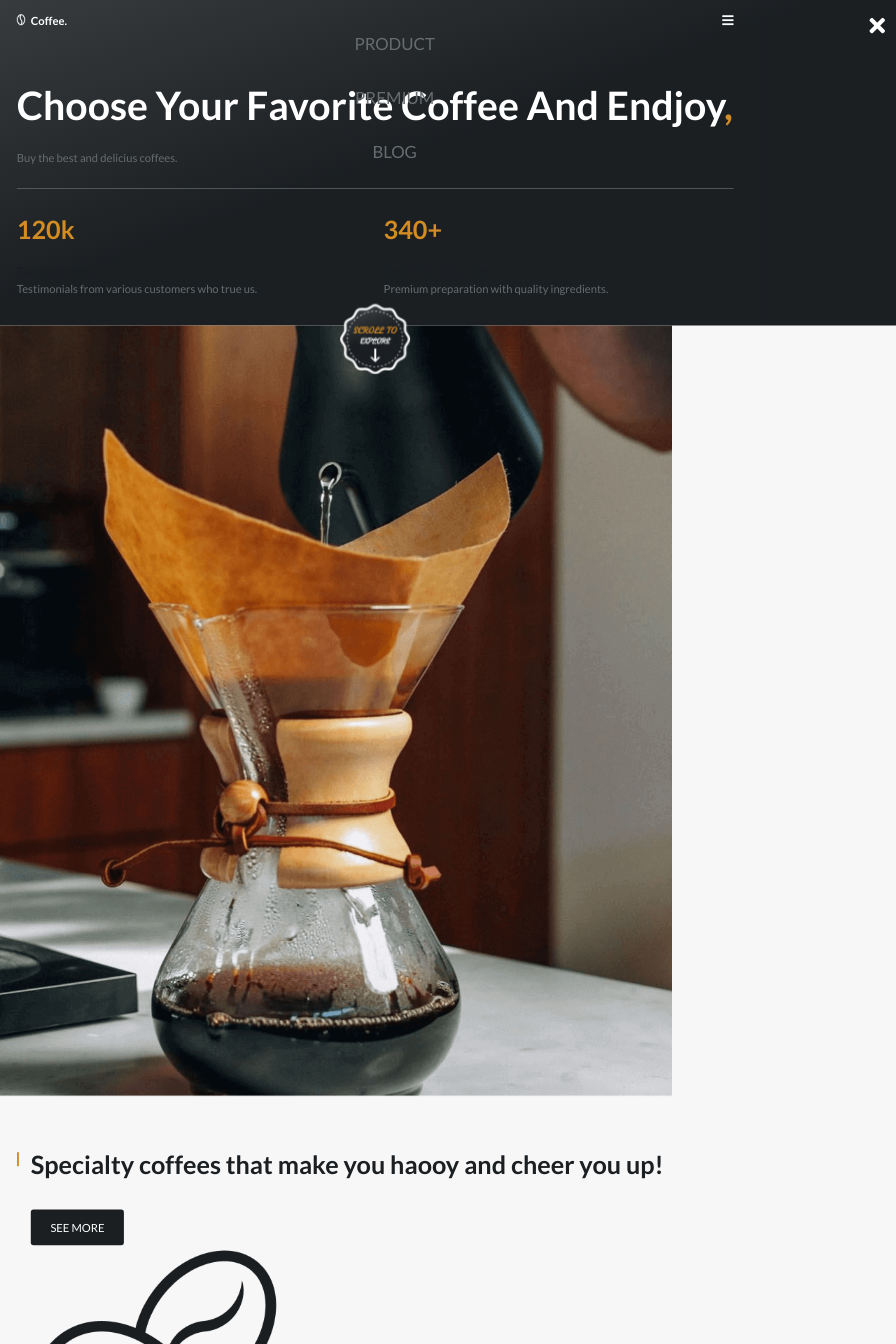
Repository: Nguyenductuan-dev/Website-coffee
Page: index.html
The author's editor kept a copy of each file at every save. The page is drawn from the files as they stood at one save, then again after the next save.
The browser window is 1280 px wide. The pictures show the part of the page from y = 0 to 1920 px (the page is 3466 px tall before and 2777 px after), at 70% of full size.

Above is the page before, as saved 2022-04-06 14:45:24.

### index.html
<!DOCTYPE html>
<html lang="en">
<head>
    <meta charset="UTF-8">
    <meta http-equiv="X-UA-Compatible" content="IE=edge">
    <meta name="viewport" content="width=device-width, initial-scale=1.0">
    <link rel="shortcut icon" href="assets/imgs/favicon.png" type="image/x-icon">
    <link rel="stylesheet" href="https://cdnjs.cloudflare.com/ajax/libs/font-awesome/5.15.1/css/all.min.css" />
    <link rel="preconnect" href="https://fonts.googleapis.com">
    <link rel="preconnect" href="https://fonts.gstatic.com" crossorigin>
    <link href="https://fonts.googleapis.com/css2?family=Lato:wght@400;700&family=Montserrat:ital,wght@0,200;0,300;0,400;0,500;0,600;0,700;1,600&display=swap" rel="stylesheet">
    <link rel="stylesheet" href="assets/css/style.css">
    <title>Website coffee</title>
</head>
<body>
    <!-- ============================ HEADER =========================== -->
    <header class="header" id="header">
        <nav class="nav container">
            <a href="/" class="nav__logo">
                <img src="assets/imgs/logo.png" alt="" class="nav__logo-img">
                Coffee.
            </a>

            <div class="nav__menu" id="nav-menu">
                <ul class="nav__list">
                    <li class="nav__item">
                        <a href="#home" class="nav__link">Home</a>
                    </li>
                    <li class="nav__item">
                        <a href="#product" class="nav__link">Product</a>
                    </li>
                    <li class="nav__item">
                        <a href="#premium" class="nav__link">Premium</a>
                    </li>
                    <li class="nav__item">
                        <a href="#blog" class="nav__link">Blog</a>
                    </li>
                </ul>

                <div class="nav__close" id="nav-close">
                    <i class="fas fa-times"></i>
                </div>
            </div>

            <!-- Toggle button -->
            <div class="nav__toggle" id="nav-toggle">
                <i class="fas fa-bars"></i>
            </div>
        </nav>
    </header>

    <!-- ============================ MAIN =============================  -->
    <main>
        <!-- ======================== HOME ============================= -->
        <section class="home grid" id="home">
            <div class="home__container">
                <div class="home__content container">
                    <h1 class="home__title">
                        Choose Your Favorite Coffee And Endjoy<span>,</span>
                    </h1>
                   <p class="home__description">
                       Buy the best and delicius coffees.
                   </p>

                   <div class="home__data">
                       <div class="home__data-group">
                           <h2 class="home__data-number">120k</h2>
                           <h3 class="home-data-title">Testimonials</h3>
                           <p class="home__data-description">
                               Testimonials from various customers who true us.
                           </p>
                       </div>

                       <div class="home__data-group">
                        <h2 class="home__data-number">340+</h2>
                        <h3 class="home-data-title">Exclusive Product</h3>
                        <p class="home__data-description">
                            Premium preparation with quality ingredients.
                        </p>
                    </div>
                   </div>

                   <a href="#specialty">
                       <img src="assets/imgs/scroll.png" alt="" class="home__scroll">
                   </a>
                </div>
            </div>

            <img src="assets/imgs/home.png" alt="" class="home__img">
        </section>

        <!-- ======================== SPECIALTY ============================= -->
        <div class="specialty section container" id="specialty">
            <div class="specialty__container">
                <div class="specialty__box">
                    <h2 class="section__title">
                        Specialty coffees that make you haooy and cheer you up!
                    </h2>

                    <div>
                        <a href="" class="btn specialty__btn">See more</a>
                    </div>
                </div>

                <div class="specialty__catelogy">
                    <div class="speialty__group">
                        <img src="assets/imgs/specialty1.png" alt="" class="specialty__img">
                        <h3 class="specialty__title">Seclected coffee</h3>
                        <p class="specialty__description">
                            We select the best premium coffee, for a true taste.
                        </p>
                    </div>

                    <div class="speialty__group">
                        <img src="assets/imgs/specialty2.png" alt="" class="specialty__img">
                        <h3 class="specialty__title">Delicius Cookies</h3>
                        <p class="specialty__description">
                            Enjoy your coffee whit some hot cookies
                        </p>
                    </div>

                    <div class="speialty__group">
                        <img src="assets/imgs/specialty3.png" alt="" class="specialty__img">
                        <h3 class="specialty__title">Enjoy at home</h3>
                        <p class="specialty__description">
                            Enjoy the best coffee in the comfort of your home.
                        </p>
                    </div>
                </div>
            </div>
        </div>
    </main>



    <script src="assets/js/main.js"></script>
</body>
</html>

### assets/css/style.css
:root {
    --header-height: 3.5rem;
    /* ===============Color=============== */
    --first-color: hsl(36, 72%, 48%);
    --first-color-alt: hsl(36, 72%, 44%);
    --black-color: hsl(206, 12%, 12%);
    --card-color: hsl(0, 0%, 90%);
    --tittle-color: hsl(206, 12%, 12%);
    --text-color: hsl(206, 4%, 42%);
    --tittle-color-light: hsl(206, 4%, 75%);
    --body-color: hsl(206, 4%, 97%);
    --container-color: #fff;

    /* ==============Font=============== */
    --body-font: 'Lato', sans-serif;
    --biggest-font-size: 2.25rem;
    --h1-font-size: 1.5rem;
    --h2-font-size: 1.25rem;
    --h3-font-size: 1rem;
    --normal-font-size: .938rem;
    --small-font-size: .813rem;
    --smaller-font-size: .75rem;

    /* ==============Font weidth========= */
    --font-bold: 700;

    /* ==============Z-index============= */
    --z-tooltip: 10;
    --z-fixed: 100;
}

@media screen and (min-width: 968px){
    :root {
        --biggest-font-size: 3.5rem;
        --h1-font-size: 2.25rem;
        --h2-font-size: 1.5rem;
        --h3-font-size: 1.25rem;
        --normal-font-size: 1rem;
        --small-font-size: .875rem;
        --smaller-font-size: .813rem;
    }
}

/* =================BASE================== */
* {
    padding: 0;
    margin: 0;
    box-sizing: border-box;
}

html {
    scroll-behavior: smooth;
}

body {
    font-family: var(--body-font);
    font-size: var(--normal-font-size);
    background-color: var(--body-color);
    color: var(--text-color);
}

h1,h2,h3 {
    color: var(--tittle-color);
    font-weight: var(--font-bold);
}

h1,h2,h3,p {
    line-height: 140%;
}

ul {
    list-style: none;

}
a {
    text-decoration: none;
}
img {
    max-width: 100%;
    height: auto;
}
button {
    border: none;
    outline: none;
    cursor: pointer;
}

.container {
    max-width: 1024px;
    margin-left: 1.5rem;
    margin-right: 1.5rem;
}
.grid {
    display: grid;
    gap: 1.5rem;
}
.section {
    padding: 4.5rem 0 2rem;
}
.section__title {
    position: relative;
    font-size: var(--h1-font-size);
    padding-left: 1.25rem;
    margin-bottom: 2.5rem;
}
.section__title::before {
    content: '';
    position: absolute;
    top: 8px;
    left: 0;
    width: 3px;
    height: 20px;
    background-color: var(--first-color);
}
/* ====================== HEADER & NAV ====================*/
.header {
    width: 100%;
    background: transparent;
    position: fixed;
    top: 0;
    left: 0;
    z-index: var(--z-fixed);
}
.nav {
    height: var(--header-height);
    display: flex;
    justify-content: space-between;
    align-items: center;
}
.nav__logo,
.nav__toggle {
    color: #fff;
}
.nav__logo {
    display: flex;
    align-items: center;
    column-gap: .5rem;
    font-weight: var(--font-bold);
}
.nav__logo-img {
    width: .75rem;
}
.nav__toggle {
    display: inline-flex;
    font-size: 1.15rem;
    cursor: pointer;
}

@media screen and (max-width: 767px) {
    .nav__menu {
        position: fixed;
        background-color: var(--black-color);
        top: 0;
        right: -100%;
        width: 100%;
        height: 100%;
        transition: .3s;
    }
}

.nav__list {
    display: flex;
    flex-direction: column;
    text-align: center;
    row-gap: 3rem;
    padding-top: 9rem;
}
.nav__link {
    text-transform: uppercase;
    color: var(--text-color-light);
    font-size: var(--h2-font-size);
    transition: .3s;
}
.nav__link:hover {
    color: #fff;
}
.nav__close {
    font-size: 2rem;
    color: #fff;
    position: absolute;
    top: 1rem;
    right: 1rem;
    cursor: pointer;
}

/* =========== Show menu ============ */
.show-menu {
    right: 0;

}
/* =========== SCROLL ========== */
.scroll-header {
    background-color: var(--body-color);
    box-shadow: 0 1px 4px hsla(0, 4%, 15%, .1);
}
.scroll-header .nav__logo,
.scroll-header .nav__toggle {
    color: var(--tittle-color);
}
.scroll-header .nav__logo-img {
    mix-blend-mode: difference;
}

/* =========== HOME ============ */
.home {
    gap: 0;
}
.home__container {
    padding: 7rem 0 2.5rem;
    background: linear-gradient(160deg, hsla(206, 5%, 24%, 1) -4%, hsla(206, 12%, 12%, 1) 46%);
}
.home__content {
    position: relative;
}
.home__title,
.home__data-title {
    color: #fff;
}
.home__title {
    font-size: var(--biggest-font-size);
    margin-bottom: 1.5rem;
}
.home__title span {
    color: var(--first-color);
}
.home__description {
    margin-bottom: 2rem;
}
.home__data {
    border-top: 1px solid var(--text-color);
    padding-top: 2rem;
    display: grid;
    grid-template-columns: repeat(2, 1fr);
    column-gap: 1.5rem;
}
.home__data-number {
    color: var(--first-color);
    font-size: var(--h1-font-size);
    margin-bottom: 1.5rem;
}
.home__data-title {
    font-size: var(--h3-font-size);
    margin-bottom: .5rem;
}
.home__scroll {
    position: absolute;
    width: 100px;
    bottom: -7rem;
    left: 0;
    right: 0;
    margin: 0 auto;
    animation: scroll 3s infinite;
}

@keyframes scroll {
    0% {
        transform: translateY(0);
    }
    50% {
        transform: translateY(-.5rem);
    }
    100% {
        transform: translateY(0);
    }
}

/* =========== Btn ============ */
.btn {
    display: inline-block;
    background-color: var(--black-color);
    color: #fff;
    padding: 1rem 1.75rem;
    border-radius: .25rem;
    font-size: var(--normal-font-size);
    text-transform: uppercase;
}

/* =========== SPECIALTY ============ */
.specialty__btn {
    margin-left: 1.25rem;
}
.specialty__category {
    margin-top: 4rem;
    display: grid;
    grid-template-columns: 200px;
    justify-content: center;
    row-gap: 2.5rem;
}

### assets/js/main.js


/* ===================== SHOW MENU ========================= */
const navMenu = document.getElementById('nav-menu');
const navToggle = document.getElementById('nav-toggle');
const navClose = document.getElementById('nav-close');

/* ==================== MENU SHOW ==========================*/
if(navToggle) {
    navToggle.addEventListener('click', () => {
        navMenu.classList.add('show-menu');
    })
}
/* ==================== MENU HIDEN ==========================*/

if(navClose) {
    navClose.addEventListener('click', () =>{
        navMenu.classList.remove('show-menu');
    })
}
/* ===================== REMOVE MENU MOBILE ========================= */
const navLink = document.querySelectorAll('.nav__link');
function linkAction() {
    const navMenu = document.getElementById('nav-menu');
    navMenu.classList.remove('show-menu');

}
navLink.forEach( n => n.addEventListener('click', linkAction));

/* ===================== SCROLL ========================= */
function scrollheader() {
    const header = document.getElementById('header');
    if(this.scrollY >=50) header.classList.add('scroll-header');
    else header.classList.remove('scroll-header');
}
window.addEventListener('scroll', scrollheader);

After the next save:
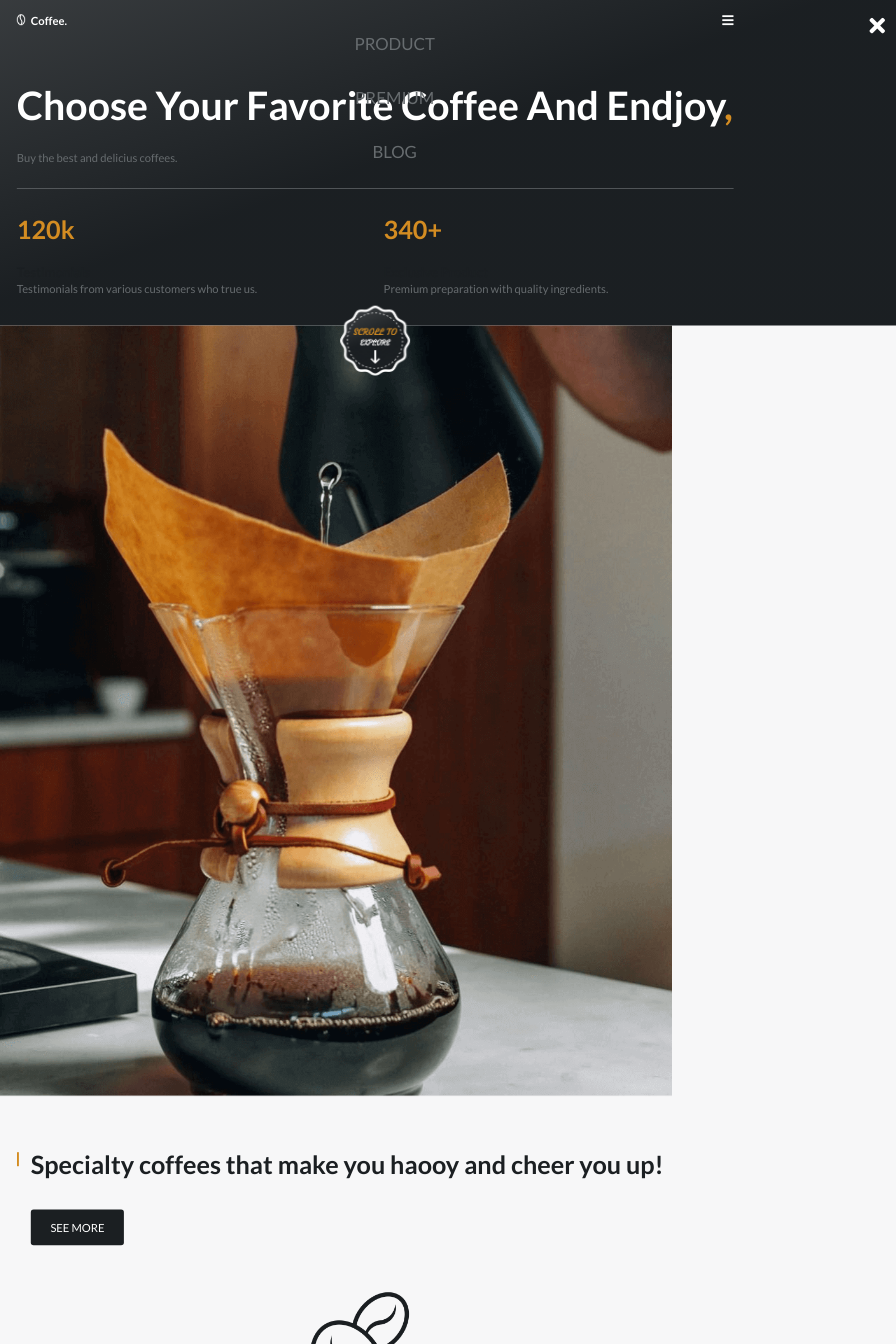
Saved 12 s later.
--- a/index.html
+++ b/index.html
@@ -102,7 +102,7 @@
                     </div>
                 </div>
 
-                <div class="specialty__catelogy">
+                <div class="specialty__category">
                     <div class="speialty__group">
                         <img src="assets/imgs/specialty1.png" alt="" class="specialty__img">
                         <h3 class="specialty__title">Seclected coffee</h3>
